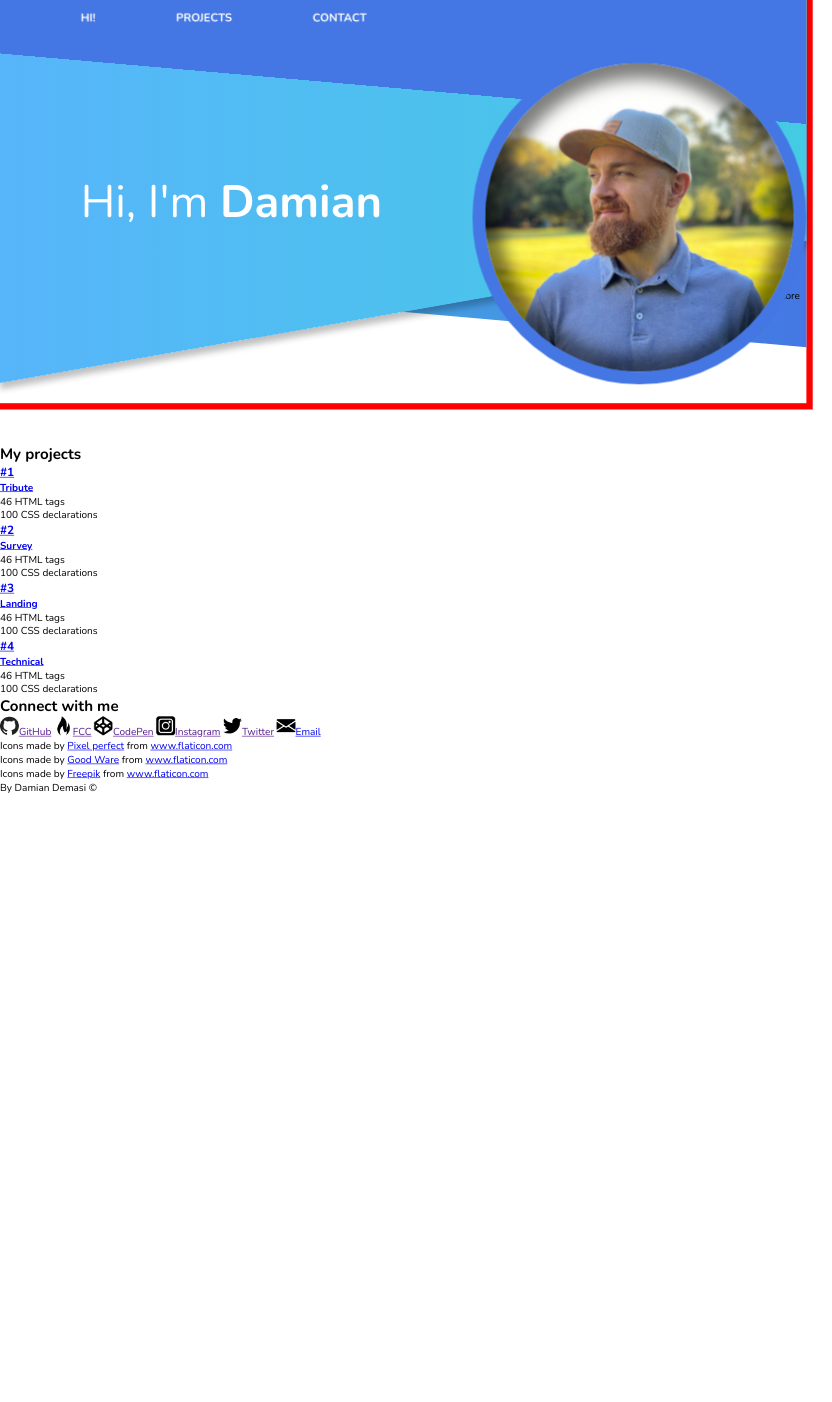
Repository: Colo-Codes/freecodecamp-05-Personal-Portfolio-Webpage
Page: index.html
The author's editor kept a copy of each file at every save. The page is drawn from the files as they stood at one save, then again after a run of saves.
The browser window is 1280 px wide. The page is 1320 px wide, then 1280 px, so the pictures cover 1320 px, including what lies to the right of the window. The pictures show the whole page, at 63% of full size.

Above is the page before, as saved 2021-06-03 14:18:48.

After the next 2 saves:
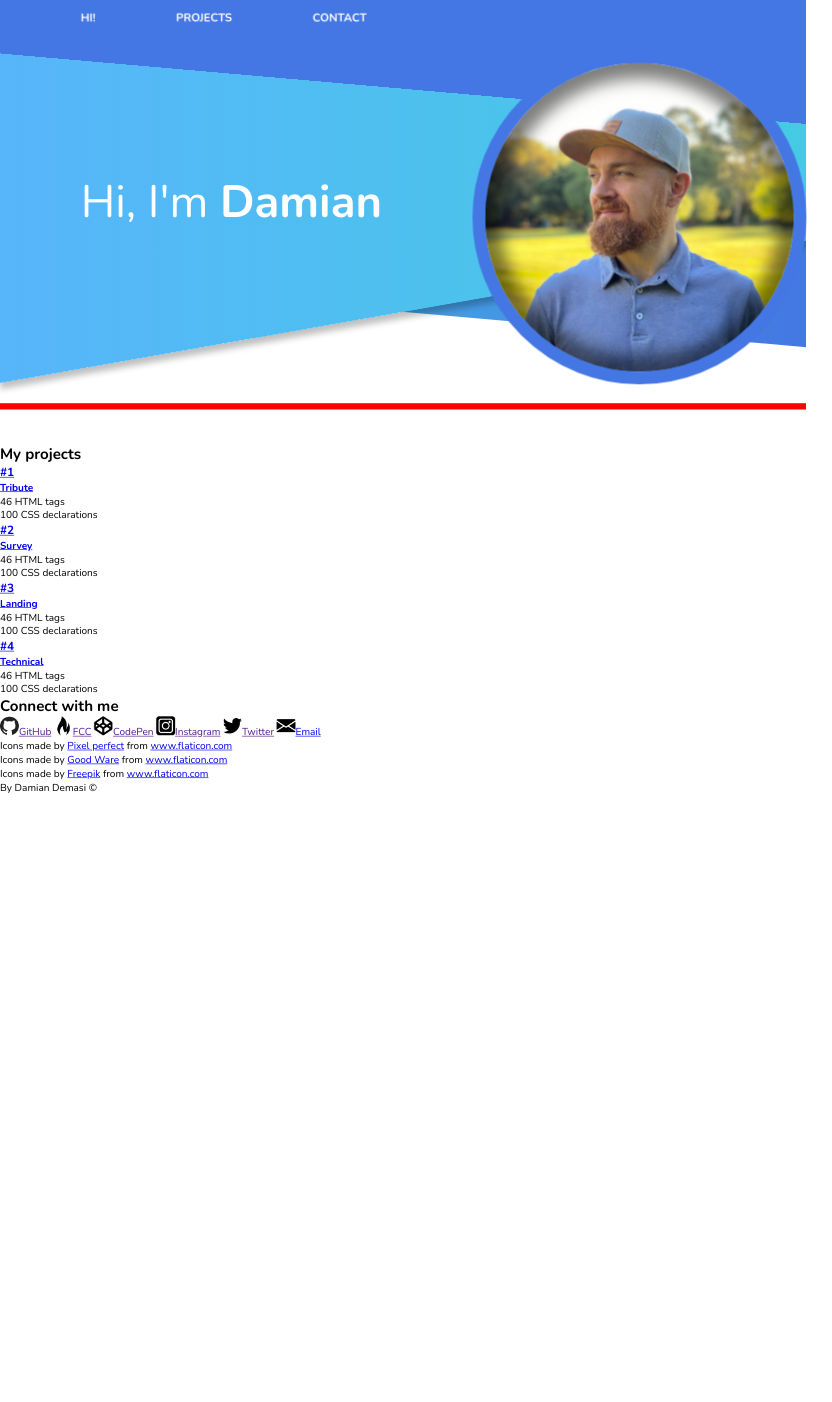
The 2 saves are shown as one change because they came seconds apart.
The last was saved 23 s later.
--- a/css/index.css
+++ b/css/index.css
@@ -82,7 +82,10 @@ body {
     font-weight: 300;
 }
 
-
+#hero-text-container > img:last-of-type {
+    margin: 1rem 0 0 8rem;
+    filter: invert(1);
+}
 
 #hero-text-container > p:first-of-type {
     margin-left: 8rem;
@@ -140,18 +143,13 @@ body {
 
 #scroll-to-explore {
     position: relative;
-    top: 90%;
+    top: 0%;
     margin-left: 90%;
     transform: skewY(-5deg);
 
 }
 
 
-#scroll-to-explore > img:last-of-type {
-    margin: .5rem 8rem 0 0;
-    filter: invert(1);
-}
-
 /* Projects */
 
 #projects {
